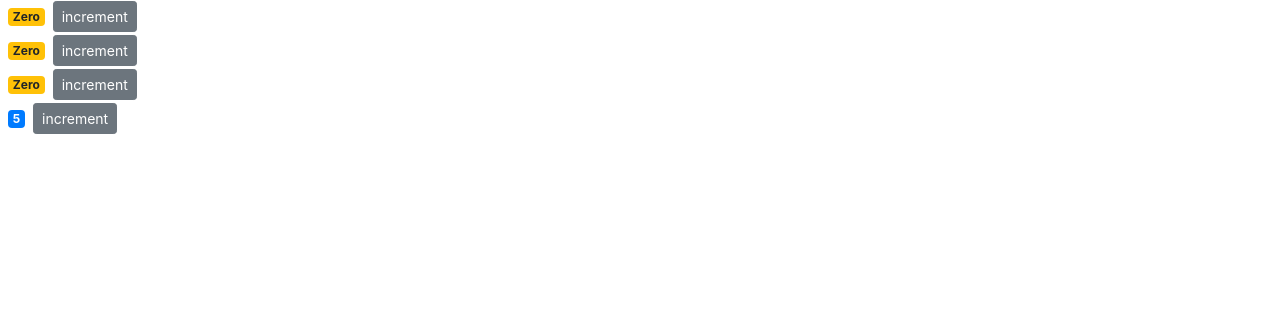
Repository: AvinashLikesToLearnNewStuff/Counter_app
Page: /
These files come from the project's save history. The page is drawn as it stood at one moment and after a run of saves; the edit follows.
The browser window is 1280 px wide. The pictures show the whole page.
The project was rebuilt for these pictures with package versions that can differ from the ones it lists, and the page was loaded fresh each time. Also part of the build but not shown: src/components/navbar.jsx, src/App.css, src/App.js.

Above is the page before, as saved 2023-03-23 08:56:33.

After the next 4 saves:
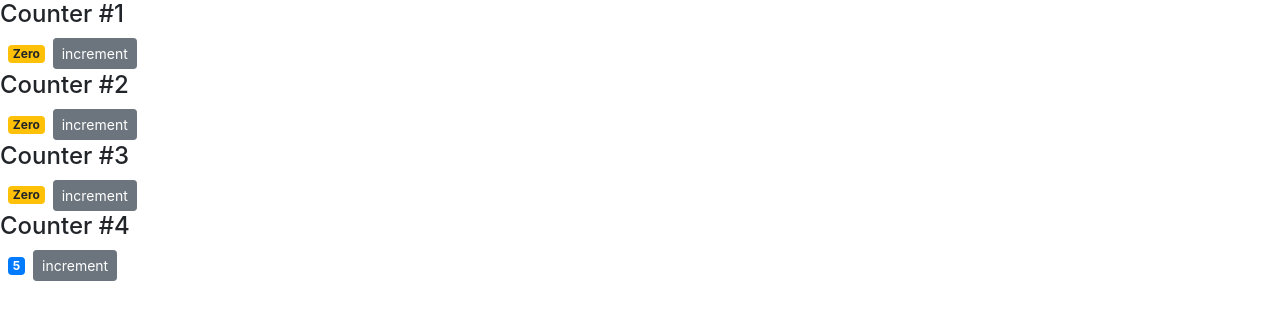
The 4 saves are shown as one change because 3 did not build or start.
The last was saved 16 min 51 s later.
--- a/src/components/counter.jsx
+++ b/src/components/counter.jsx
@@ -17,6 +17,7 @@ class Counter extends Component {
   render() {
     return (
       <div>
+        {this.props.children}
         <span className={this.getBadgeClasses()}>{this.formatCount()}</span>
         <button
           onClick={() => this.handleIncrement()}
